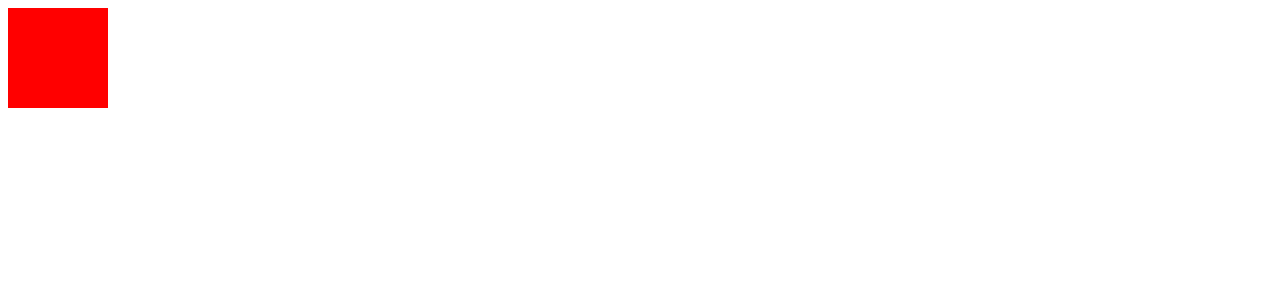
Repository: cdj6995/Web
Page: Lecture-Web/src/main/webapp/jquery/exam05.html
These files come from the project's save history. The page is drawn as it stood at one moment and after the next save; the edit follows.
The browser window is 1280 px wide. The pictures show the whole page.

Above is the page before, as saved 2022-05-30 08:34:13.
Console error: SyntaxError: Unexpected token ';'

### Lecture-Web/src/main/webapp/jquery/exam05.html
<!DOCTYPE html>
<html>
<head>
	<meta charset="UTF-8">
	<title>Insert title here</title>
	<style>
		div{
			width : 100px;
			height : 100px;
			background-color: red;
		}
	</style>
	<script src="https://code.jquery.com/jquery-3.6.0.js"></script>
	<script>
		$(document).ready(function(){
			$('div').animate({
				width : '200px';
			},2000)
		})
	</script>
</head>
<body>
	<div></div>
</body>
</html>

After the next save:
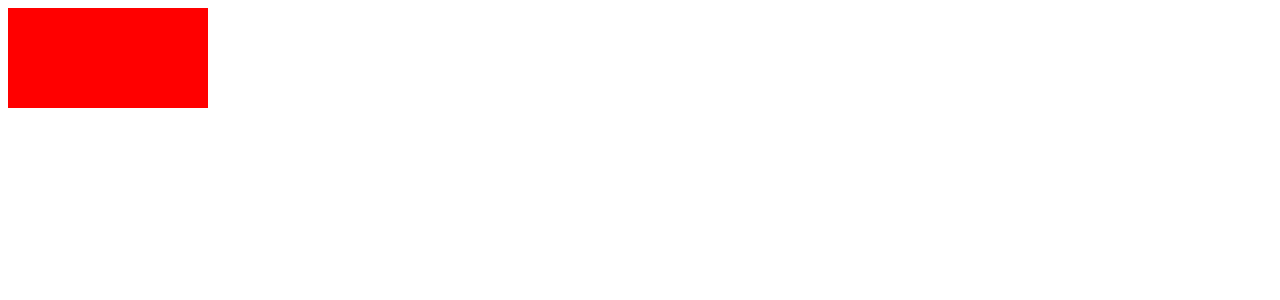
The error is gone.
Saved 7 s later.
--- a/Lecture-Web/src/main/webapp/jquery/exam05.html
+++ b/Lecture-Web/src/main/webapp/jquery/exam05.html
@@ -14,7 +14,7 @@
 	<script>
 		$(document).ready(function(){
 			$('div').animate({
-				width : '200px';
+				width : '200px'
 			},2000)
 		})
 	</script>
